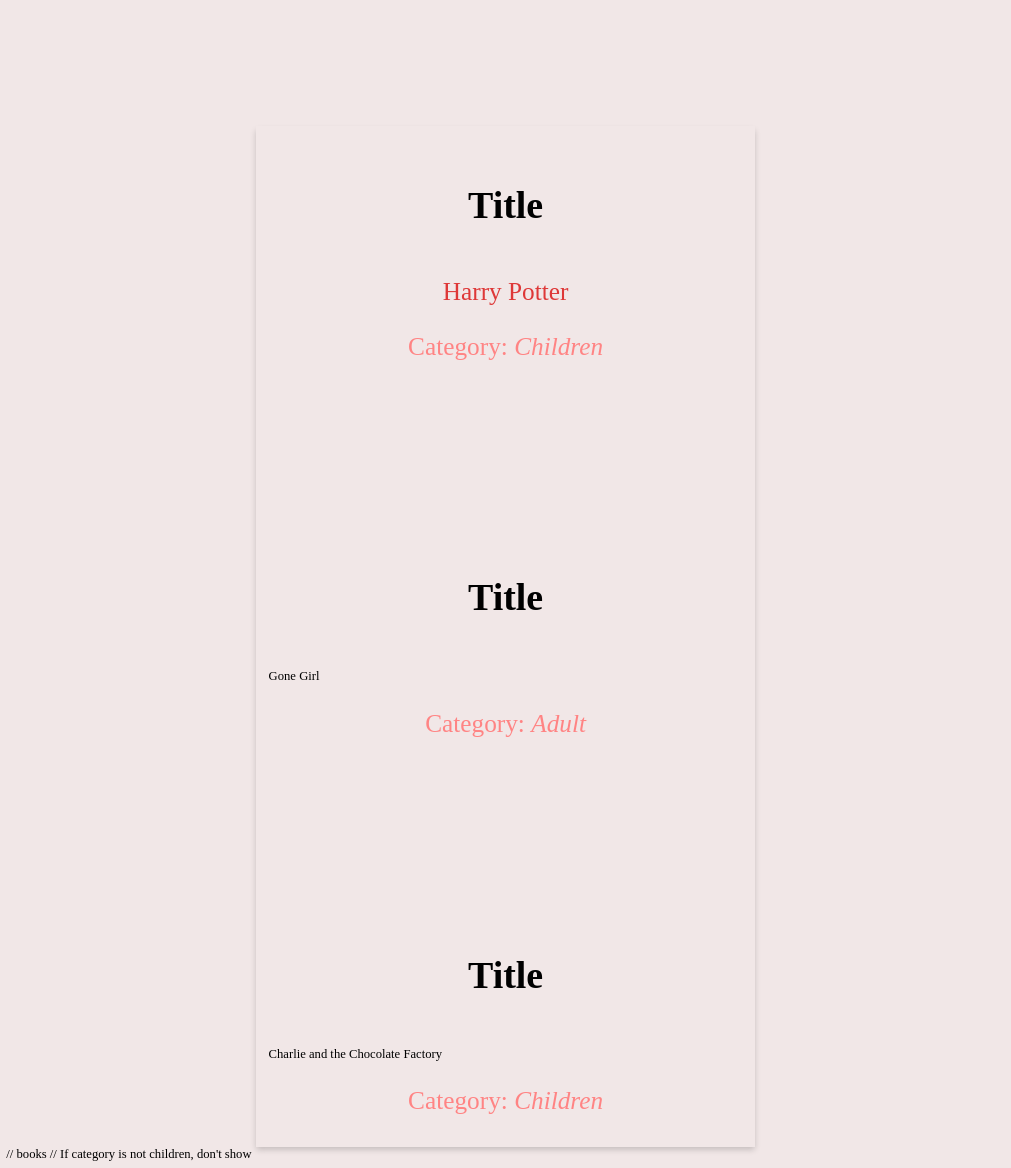
Repository: cyborgEneki/archangel-code-challenge
Page: index.html
An editor plug-in stored every save of this project. The page is shown before and after the next save, followed by the edit.
The browser window is 1280 px wide. The pictures show the whole page, at 79% of full size.
The style sheet was rebuilt from its Sass, Less or Tailwind sources for each picture, by a compiler version that may differ from the author's.

Above is the page before, as saved 2020-11-05 14:17:18.

### index.html
<!DOCTYPE html>
<html lang="en">

<head>
    <link rel="stylesheet" href="assets/css/styles.css">
</head>

<body>
    <div id="main"></div>
    <script src="bower_components/handlebars/handlebars.min.js"></script>
    <script src="bower_components/jquery/dist/jquery.min.js"></script>
    <script type="text/x-handlebars-template" id="template-script">
            <div class="card">
                <div class="card__container">
                    <h4 class="card__heading"><b>Title</b></h4>
                    <p class="card__title-text">Harry Potter</p>
                    <p class="card__category-text">Category: <i>Children</i></p>
                </div>
                <div class="card__container">
                    <h4 class="card__heading"><b>Title</b></h4>
                    <p class="card__text">Gone Girl</p>
                    <p class="card__category-text">Category: <i>Adult</i></p>
                </div>
                <div class="card__container">
                    <h4 class="card__heading"><b>Title</b></h4>
                    <p class="card__text">Charlie and the Chocolate Factory</p>
                    <p class="card__category-text">Category: <i>Children</i></p>
                </div>
            </div>
    </script>
    <script src="assets/js/books.js"></script>
    <script src="assets/js/index.js"></script>
</body>
</html>


                    <!-- <p class="card__text">{{compareEquality a b real makeBelieve}}!</p> -->

    // books
    // If category is not children, don't show

### assets/js/index.js
$(function () {
    Handlebars.registerHelper("compareEquality", function (a, b, real, makeBelieve) {
        if (a == b) {
            return real;
        } else {
            return makeBelieve;
        };
    });
    let template = $('#template-script').html(),
        compiled = Handlebars.compile(template),
        rendered = compiled({
            a: 1,
            b: 1,
            real: 'an oblate spheroid',
            makeBelieve: 'flat'
        });
    $('#main').html(rendered);
});

### scss/styles.scss
$peach: #f1e7e7;

body {
    background-color: $peach;
}

.card {
    box-shadow: 0 4px 8px 0 rgba(0, 0, 0, 0.2);
    transition: 0.3s;
    width: 50%;
    margin: 0 auto;

    &__container {
        padding: 0.5rem 1rem;
        margin-top: 10rem;
    }

    &__heading {
        font-size: 3rem;
        text-align: center;
    }

    &__title-text {
        text-align: center;
        font-size: 2rem;
        color: #de3838;
    }

    &__category-text {
        text-align: center;
        font-size: 2rem;
        color: #ff8484;
    }
}

Loaded but not shown: bower_components/handlebars/handlebars.min.js (library); bower_components/jquery/dist/jquery.min.js (library); assets/js/books.js (no stored copy; drawn as an empty file)

After the next save:
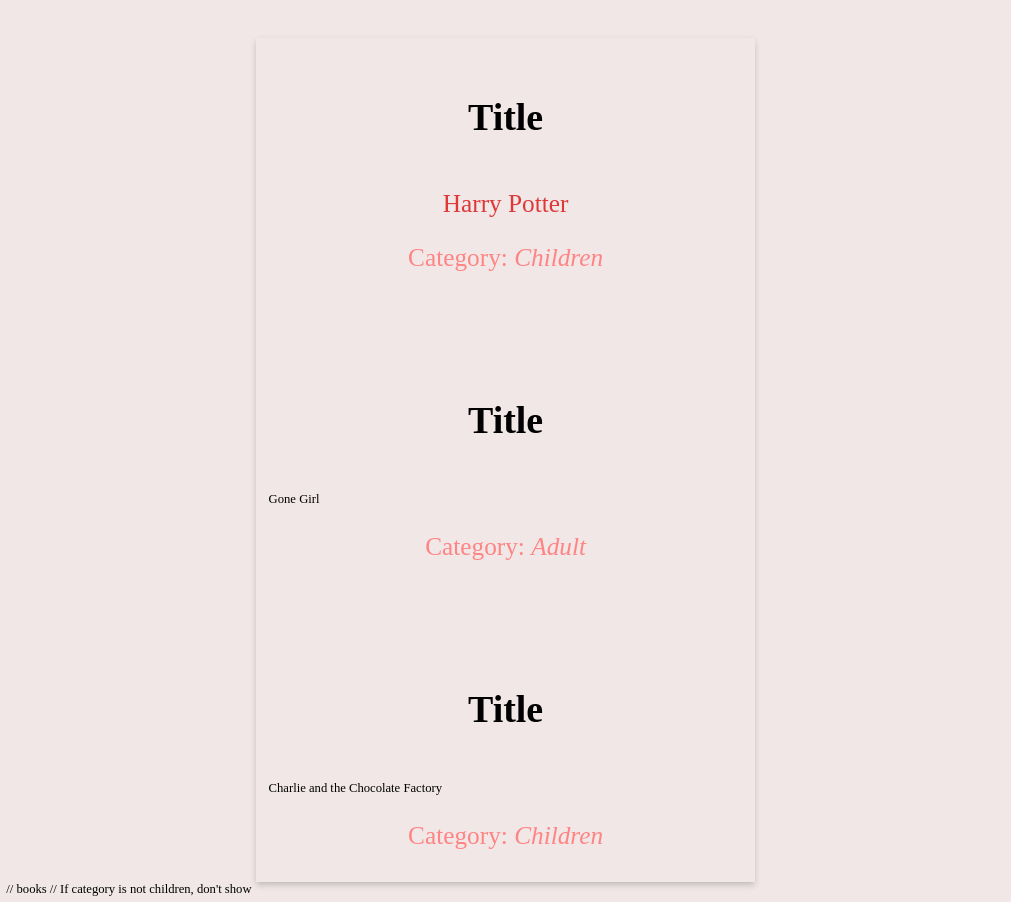
Saved 8 s later.
--- a/scss/styles.scss
+++ b/scss/styles.scss
@@ -12,7 +12,7 @@
 
     &__container {
         padding: 0.5rem 1rem;
-        margin-top: 10rem;
+        margin-top: 3rem;
     }
 
     &__heading {
